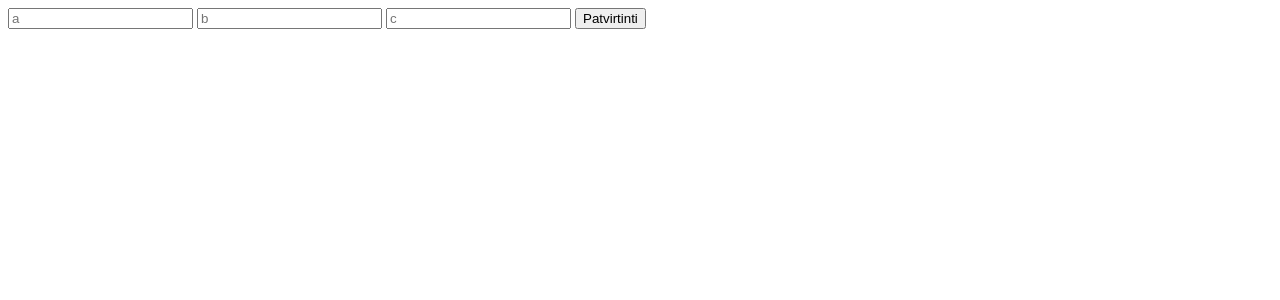
Repository: motiejus1/18-paskaita-05.31
Page: index.html
These files come from the project's save history. The page is drawn as it stood at one moment and after a run of saves; the edit follows.
The browser window is 1280 px wide. The pictures show the whole page.

Above is the page before, as saved 2021-06-30 18:16:14.

After the next 2 saves:
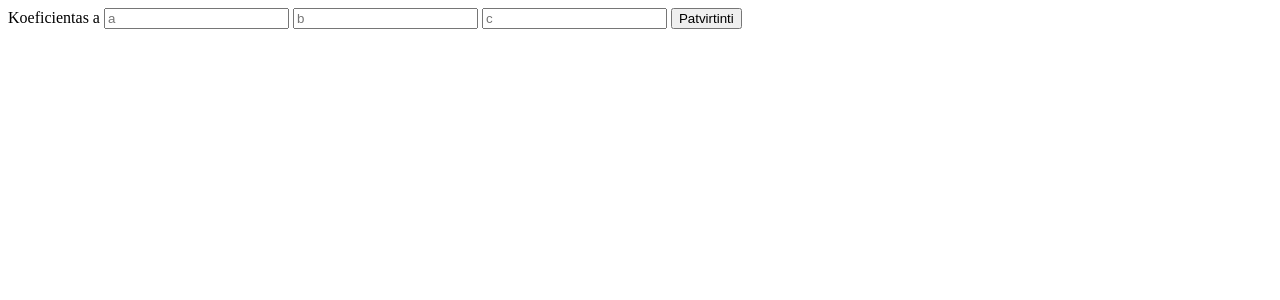
The 2 saves are shown as one change because they came seconds apart.
The last was saved 7 s later.
--- a/index.html
+++ b/index.html
@@ -8,7 +8,7 @@
 </head>
 <body>
 
-    <label></label>
+    <label>Koeficientas a</label>
     <input placeholder="a" type="text"/>
     <input placeholder="b" type="text"/>
     <input placeholder="c" type="text"/>
